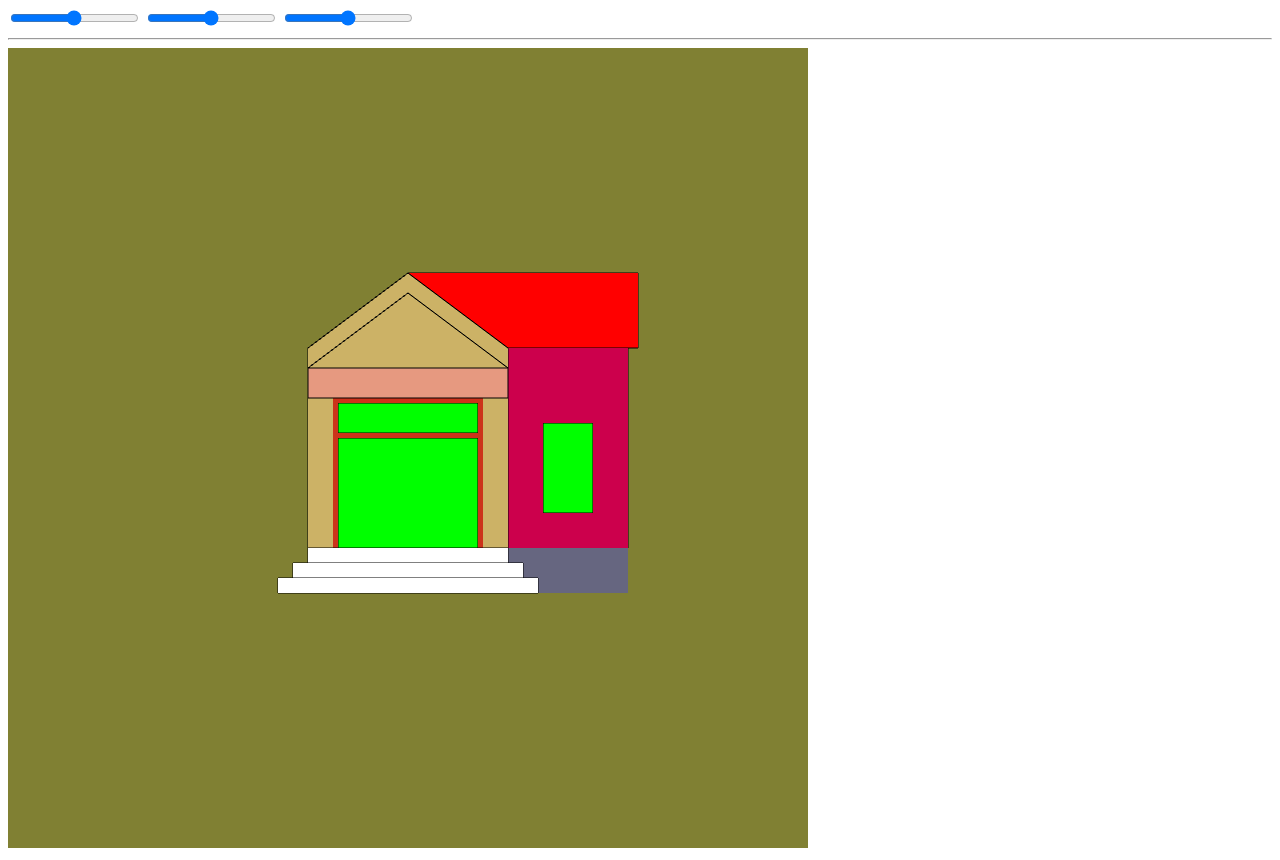
Repository: JoinGame-A36664/Build-House-WebGL
Page: index.html
These files come from the project's save history. The page is drawn as it stood at one moment and after the next save; the edit follows.
The browser window is 1280 px wide. The pictures show the whole page.

Above is the page before, as saved 2021-10-25 10:21:58.
Console error: ReferenceError: program is not defined

After the next save:
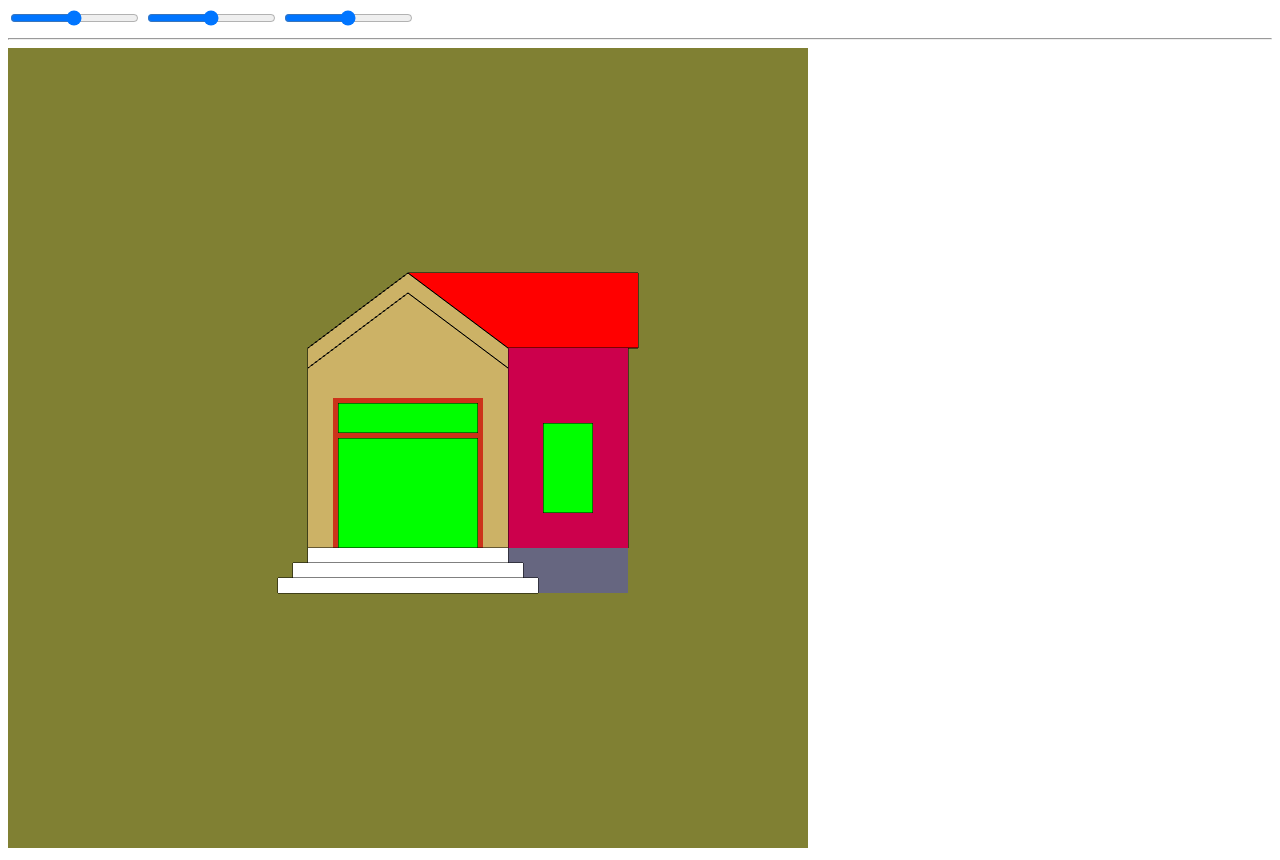
Saved 58 s later.
--- a/Bietthu1.js
+++ b/Bietthu1.js
@@ -186,9 +186,9 @@
 
 
 
-          buildrectangular(program, vertices[20], vertices[21], vertices[22], vertices[23], vertices[24], vertices[25], vertices[26], vertices[27], vertexColors[0], vertexColors[8]);
-          // buildrectangular(program, vec3(150, -200, 200), vec3(200, -200, 200), vec3(200, 100, 200), vec3(150, 100, 200), vec3(150, 100, 150), vec3(150, -200, 150), vec3(200, -200, 150), vec3(200, 100, 150), vertexColors[0], vertexColors[8]);
-          // buildrectangular(program, vec3(-200, -200, 200), vec3(-150, -200, 200), vec3(-150, 100, 200), vec3(-200, 100, 200), vec3(-200, 100, 150), vec3(-200, -200, 150), vec3(-150, -200, 150), vec3(-150, 100, 150), vertexColors[0], vertexColors[8]);
+          // buildrectangular(program, vertices[20], vertices[21], vertices[22], vertices[23], vertices[24], vertices[25], vertices[26], vertices[27], vertexColors[0], vertexColors[8]);
+          // // buildrectangular(program, vec3(150, -200, 200), vec3(200, -200, 200), vec3(200, 100, 200), vec3(150, 100, 200), vec3(150, 100, 150), vec3(150, -200, 150), vec3(200, -200, 150), vec3(200, 100, 150), vertexColors[0], vertexColors[8]);
+          // // buildrectangular(program, vec3(-200, -200, 200), vec3(-150, -200, 200), vec3(-150, 100, 200), vec3(-200, 100, 200), vec3(-200, 100, 150), vec3(-200, -200, 150), vec3(-150, -200, 150), vec3(-150, 100, 150), vertexColors[0], vertexColors[8]);
 
           if (temp == 0) {
                     wall(program, vertices[0], vertices[1], vertices[2], vertices[3], vertexColors[9]);
